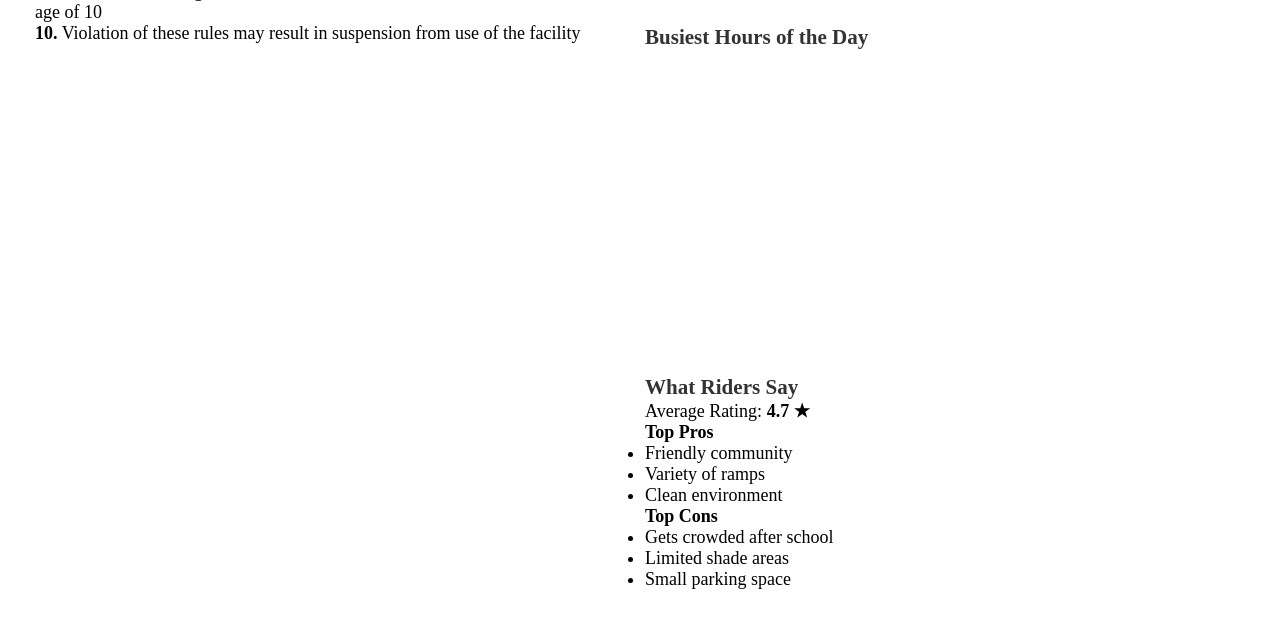
Repository: KharonKade/Capstone
Page: spots.html
These files come from the project's save history. The page is drawn as it stood at one moment and after the next save; the edit follows.
The browser window is 1280 px wide. The pictures show the part of the page from y = 906 to 1546 px (the page is 2662 px tall before and 2657 px after).
A picture or video elsewhere on the page could not be fetched, so the positions and the page height are approximate.

Above is the page before, as saved 2025-05-03 10:00:03.

After the next save:
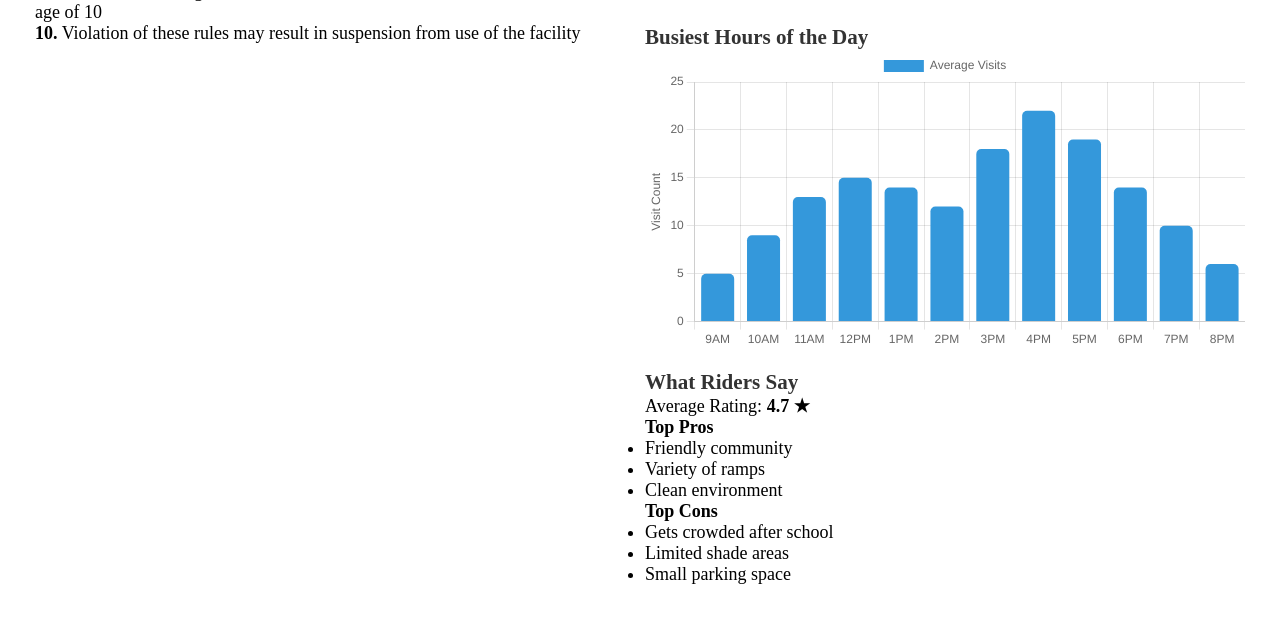
Saved 12 s later.
--- a/spots.html
+++ b/spots.html
@@ -218,5 +218,31 @@
         toggleVisibility(); // Run on load
     });
     </script>
+    <script>
+        const ctx = document.getElementById('activeTimeChart').getContext('2d');
+        new Chart(ctx, {
+            type: 'bar',
+            data: {
+                labels: ['9AM', '10AM', '11AM', '12PM', '1PM', '2PM', '3PM', '4PM', '5PM', '6PM', '7PM', '8PM'],
+                datasets: [{
+                    label: 'Average Visits',
+                    data: [5, 9, 13, 15, 14, 12, 18, 22, 19, 14, 10, 6],
+                    backgroundColor: '#3498db',
+                    borderRadius: 5
+                }]
+            },
+            options: {
+                scales: {
+                    y: {
+                        beginAtZero: true,
+                        title: {
+                            display: true,
+                            text: 'Visit Count'
+                        }
+                    }
+                }
+            }
+        });
+    </script>
 </body>
 </html>
